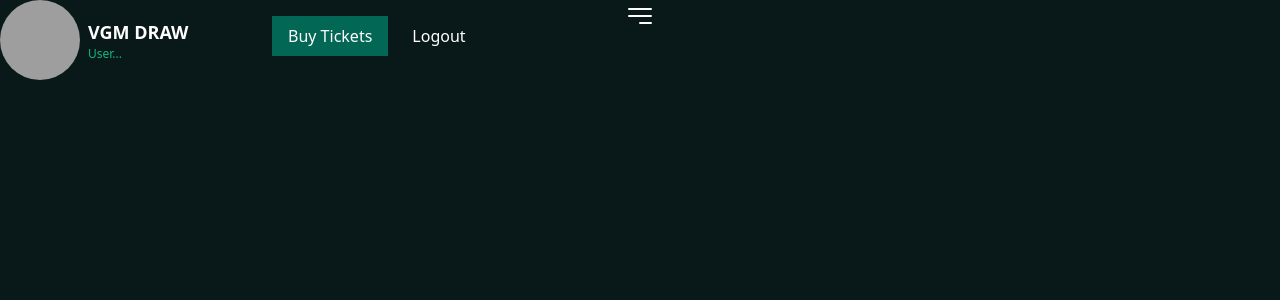
Repository: venu-369/lottery-web3
Page: /
The author's editor kept a copy of each file at every save. The page is drawn from the files as they stood at one save, then again after the next save.
The browser window is 1280 px wide. The pictures show the whole page.
Pictures or frames that could not be fetched are drawn as grey boxes. The project was rebuilt for these pictures with package versions that can differ from the ones it lists, and the page was loaded fresh each time. The framework's server and built-in components were replaced by stand-ins that run in the browser. Also part of the build but not shown: next.config.js.

Above is the page before, as saved 2023-01-11 14:33:18.

After the next save:
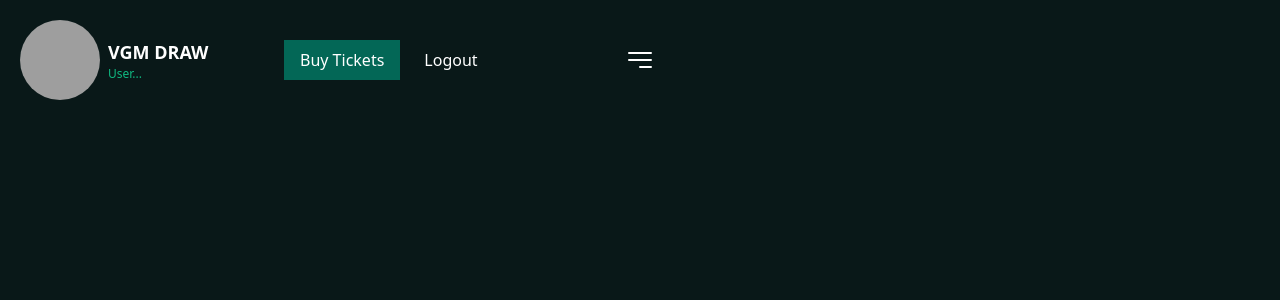
Saved 31 s later.
--- a/components/Header.tsx
+++ b/components/Header.tsx
@@ -4,7 +4,7 @@
 
 const Header = () => {
   return (
-    <header className='grid grid-cols-2 md:grid-cols-5' >
+    <header className='grid grid-cols-2 md:grid-cols-5 justify-between items-center p-5' >
         <div className="flex items-center space-x-2">
             <img
              className='rounded-full h-20 w-20'
